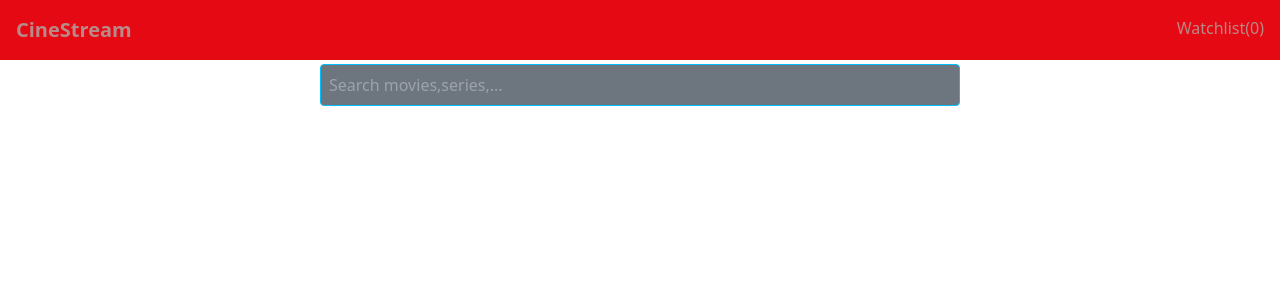
Repository: Reshmashameem31/Cine-Stream
Page: / (app in movie-project/)
An editor plug-in stored every save of this project. The page is shown before and after a run of saves, followed by the edit.
The browser window is 1280 px wide. The pictures show the whole page.
The project was rebuilt for these pictures with package versions that can differ from the ones it lists, and the page was loaded fresh each time. Also part of the build but not shown: movie-project/vite.config.js, movie-project/src/pages/WatchList.jsx.

Above is the page before, as saved 2025-08-15 17:43:38.

### movie-project/src/App.jsx
import {BrowserRouter,Routes,Route} from 'react-router-dom'

import { useState } from 'react'
import Navbar from './pages/Navbar'
import Watchlist from './pages/WatchList'
import Home from './pages/Home'
function App() {
  const [count, setCount] = useState(0)

  return (

    <BrowserRouter>

    <Navbar/>
    <Routes>
      <Route path='/' element={<Home/>}></Route>
        <Route path='/watchlist' element={<Watchlist/>}></Route>
    </Routes>
    </BrowserRouter>
  )
}

export default App

### movie-project/src/pages/Navbar.jsx
import React from 'react'
import { Link } from 'react-router-dom'

const Navbar = () => {
  return (
    <nav className='p-4 bg-[#E50914] text-[#B88]  flex justify-between fixed w-full top-0'>
      <Link to="/" className='font-bold text-xl hover:text-[#00E5FF] '>CineStream</Link>
      <Link to="/watchlist" className='text-l hover:text-[#00E5FF]'>Watchlist(0)</Link>
    </nav>
  )
}

export default Navbar

### movie-project/src/pages/Home.jsx
import React from 'react'

const Home = () => {
  return (
    <div className='p-4 pt-16 '>
        <input type='text' placeholder='Search movies,series,...'
         className='p-2 w-3/4 md:w-1/2 border rounded border-[#00BFFF]
          bg-[#0D1B2A] bg-opacity-60 backdrop-blur-md text-white fixed  left-1/4  top-16' />
        <div className='movies-container'></div>
        <div className='pagination-container'></div>

    </div>
  )
}

export default Home

Loaded but not shown: movie-project/index.html (common file); movie-project/src/main.jsx (common file); movie-project/src/index.css (common file); movie-project/tailwind.config.js (common file)

After the next 2 saves:
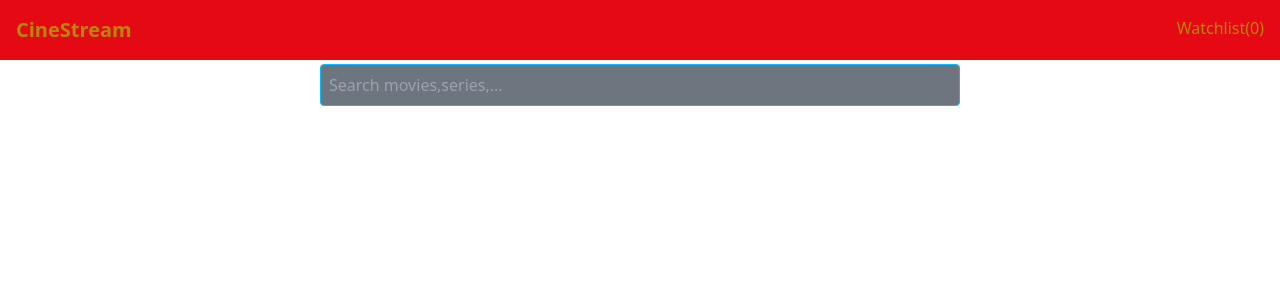
The 2 saves are shown as one change because they came seconds apart.
The last was saved 8 s later.
--- a/movie-project/src/pages/Navbar.jsx
+++ b/movie-project/src/pages/Navbar.jsx
@@ -3,7 +3,7 @@ import { Link } from 'react-router-dom'
 
 const Navbar = () => {
   return (
-    <nav className='p-4 bg-[#E50914] text-[#B88]  flex justify-between fixed w-full top-0'>
+    <nav className='p-4 bg-[#E50914] text-[#B8860B]  flex justify-between fixed w-full top-0'>
       <Link to="/" className='font-bold text-xl hover:text-[#00E5FF] '>CineStream</Link>
       <Link to="/watchlist" className='text-l hover:text-[#00E5FF]'>Watchlist(0)</Link>
     </nav>
